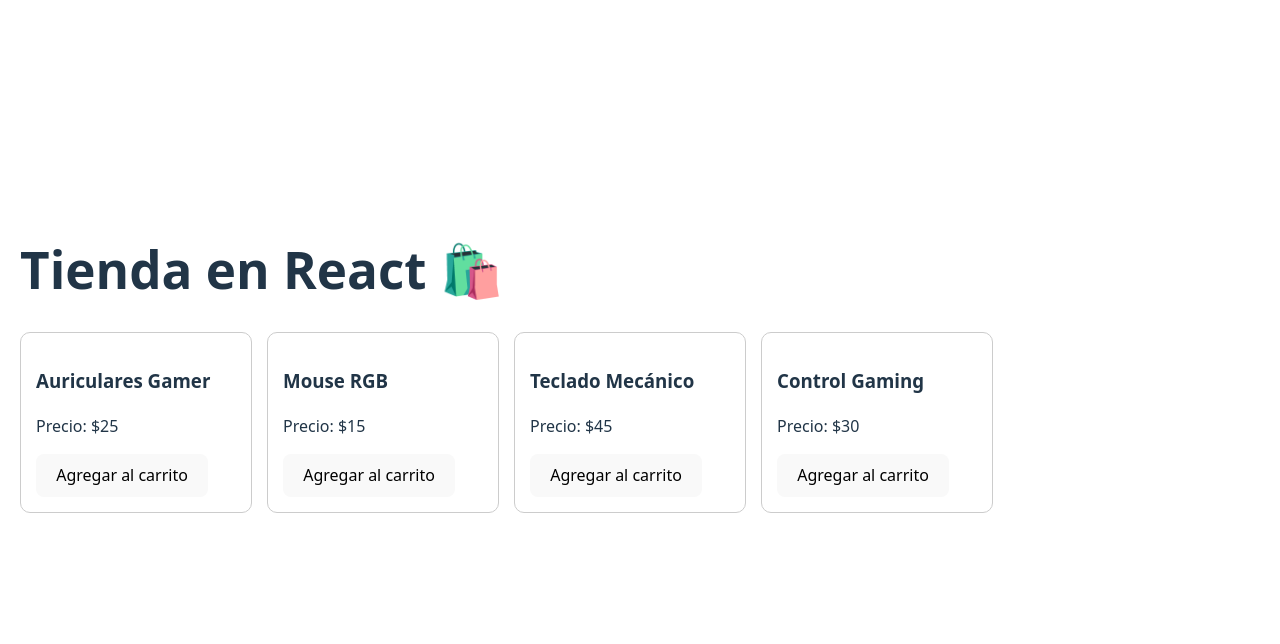
Repository: VictorDS64/PP-STDPROJECTS
Page: / (app in .Mi segunda pagina con react/mi-app-react/)
The author's editor kept a copy of each file at every save. The page is drawn from the files as they stood at one save, then again after the next save.
The browser window is 1280 px wide. The pictures show the whole page.
The project was rebuilt for these pictures with package versions that can differ from the ones it lists, and the page was loaded fresh each time. Also part of the build but not shown: .Mi segunda pagina con react/mi-app-react/vite.config.js.

Above is the page before, as saved 2026-01-08 18:38:24.

### .Mi segunda pagina con react/mi-app-react/index.html
<!doctype html>
<html lang="en">
  <head>
    <meta charset="UTF-8" />
    <link rel="icon" type="image/svg+xml" href="/vite.svg" />
    <meta name="viewport" content="width=device-width, initial-scale=1.0" />
    <title>mi-app-react</title>
  </head>
  <body>
    <div id="root"></div>
    <script type="module" src="/src/main.jsx"></script>
  </body>
</html>

### .Mi segunda pagina con react/mi-app-react/src/App.jsx
const products = [
  { id: 1, name: "Auriculares Gamer", price: 25 },
  { id: 2, name: "Mouse RGB", price: 15 },
  { id: 3, name: "Teclado Mecánico", price: 45 },
  { id: 4, name: "Control Gaming", price: 30 },
];

// 1️⃣ Componente para cada producto
function ProductCard({ product }) {
  return (
    <div
      style={{
        border: "1px solid #ccc",
        padding: "15px",
        borderRadius: "10px",
        width: "200px",
      }}
    >
      <h3>{product.name}</h3>
      <p>Precio: ${product.price}</p>
      <button>Agregar al carrito</button>
    </div>
  );
}

// 2️⃣ Componente principal
export default function App() {
  return (
    <div style={{ padding: "20px" }}>
      <h1>Tienda en React 🛍️</h1>

      <div style={{ display: "flex", gap: "15px", flexWrap: "wrap" }}>
        {products.map((product) => (
          <ProductCard key={product.id} product={product} />
        ))}
      </div>
    </div>
  );
}

Loaded but not shown: .Mi segunda pagina con react/mi-app-react/src/main.jsx (common file); .Mi segunda pagina con react/mi-app-react/src/index.css (common file)

After the next save:
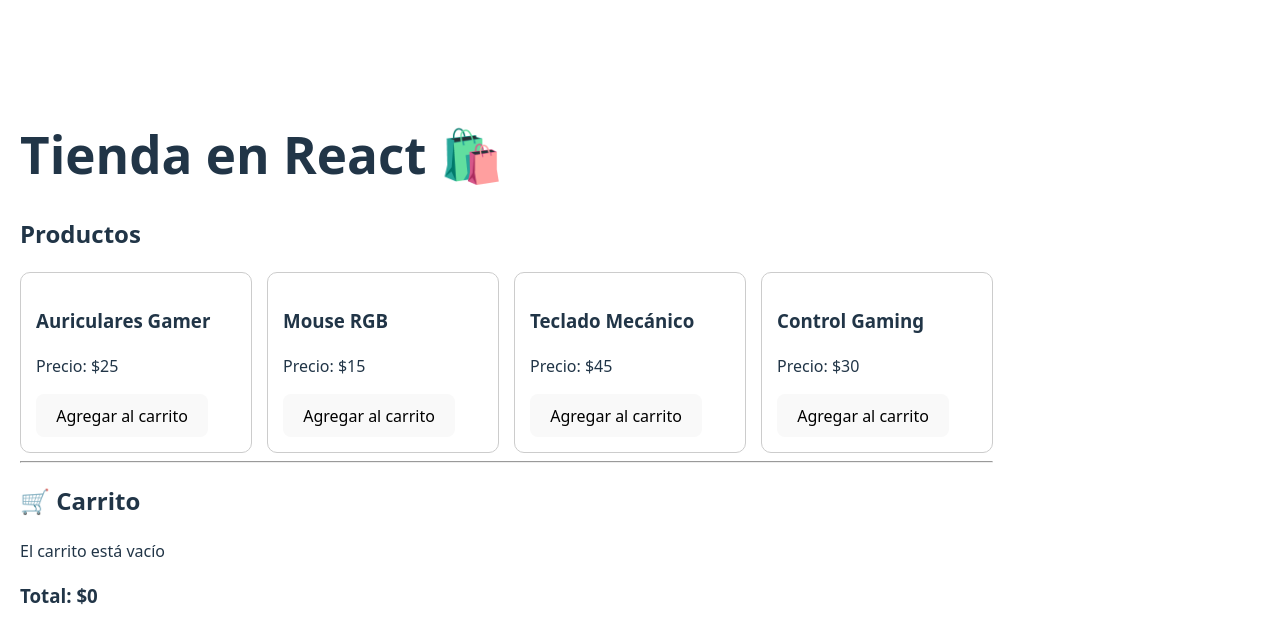
Saved 55 s later.
--- a/.Mi segunda pagina con react/mi-app-react/src/App.jsx
+++ b/.Mi segunda pagina con react/mi-app-react/src/App.jsx
@@ -1,3 +1,5 @@
+import { useState } from "react";
+
 const products = [
   { id: 1, name: "Auriculares Gamer", price: 25 },
   { id: 2, name: "Mouse RGB", price: 15 },
@@ -5,8 +7,8 @@ const products = [
   { id: 4, name: "Control Gaming", price: 30 },
 ];
 
-// 1️⃣ Componente para cada producto
-function ProductCard({ product }) {
+// 🧩 Producto
+function ProductCard({ product, onAdd }) {
   return (
     <div
       style={{
@@ -18,22 +20,52 @@ function ProductCard({ product }) {
     >
       <h3>{product.name}</h3>
       <p>Precio: ${product.price}</p>
-      <button>Agregar al carrito</button>
+      <button onClick={() => onAdd(product)}>
+        Agregar al carrito
+      </button>
     </div>
   );
 }
 
-// 2️⃣ Componente principal
+// 🧩 App principal
 export default function App() {
+  const [cart, setCart] = useState([]);
+
+  const addToCart = (product) => {
+    setCart([...cart, product]);
+  };
+
+  const total = cart.reduce((sum, item) => sum + item.price, 0);
+
   return (
     <div style={{ padding: "20px" }}>
       <h1>Tienda en React 🛍️</h1>
 
+      <h2>Productos</h2>
       <div style={{ display: "flex", gap: "15px", flexWrap: "wrap" }}>
         {products.map((product) => (
-          <ProductCard key={product.id} product={product} />
+          <ProductCard
+            key={product.id}
+            product={product}
+            onAdd={addToCart}
+          />
         ))}
       </div>
+
+      <hr />
+
+      <h2>🛒 Carrito</h2>
+      {cart.length === 0 && <p>El carrito está vacío</p>}
+
+      <ul>
+        {cart.map((item, index) => (
+          <li key={index}>
+            {item.name} - ${item.price}
+          </li>
+        ))}
+      </ul>
+
+      <h3>Total: ${total}</h3>
     </div>
   );
 }
